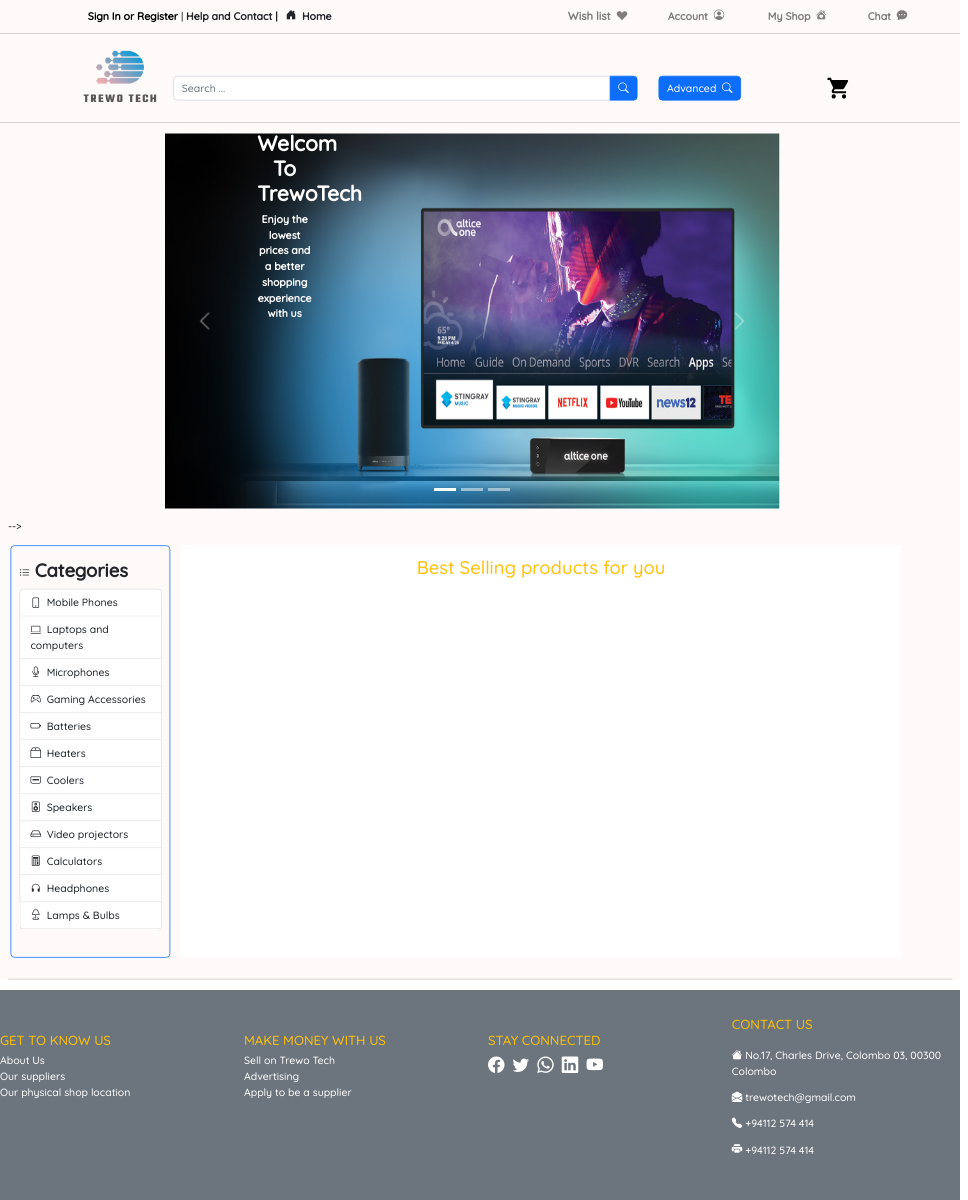
Repository: nethmidinanjana/trewotech
Page: http://localhost/trewotech/home.php
These files come from the project's save history. The page is drawn as it stood at one moment and after the next save; the edit follows.
The browser window is 1280 px wide. The page is 1291 px wide, then 1280 px, so the pictures cover 1291 px, including what lies to the right of the window. The pictures show the whole page, at 75% of full size.
Some web libraries are served in a nearby version. The page is run by PHP 8.4 with error messages shown; the project is at /var/www/html/. Queries for data that is not in the repository find no rows.

Above is the page before, as saved 2024-12-29 19:43:53.

After the next save:
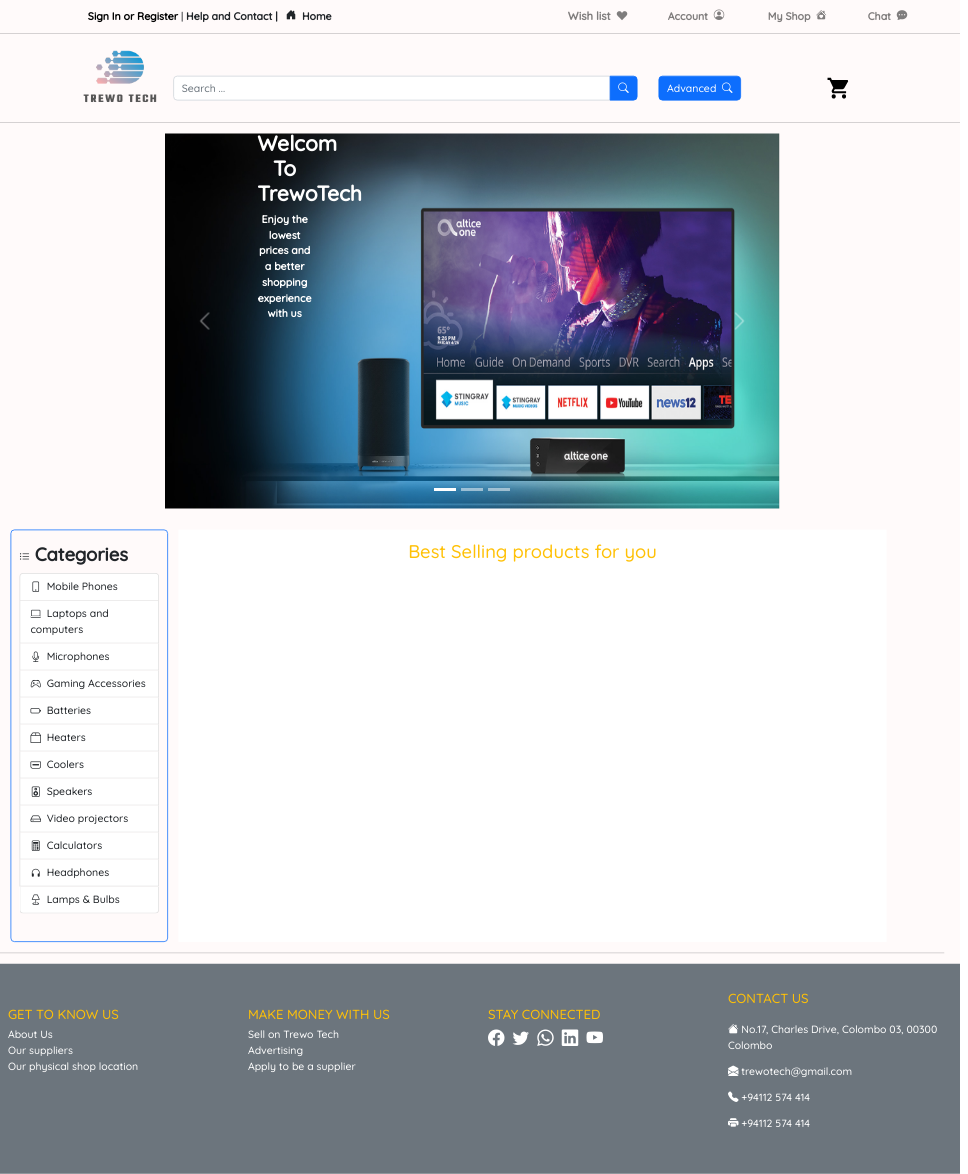
Saved 7 s later.
--- a/home.php
+++ b/home.php
@@ -48,7 +48,7 @@
             <hr>
 
             <div class="row" id="basicSearchResult">
-                <!-- <div class="col-12">
+                <div class="col-12">
                     <div class="row">
 
                         <!-- carousel -->
@@ -92,7 +92,7 @@
                         <!-- carousel -->
 
                     </div>
-                </div> -->
+                </div>
 
                 <div class="col-12">
                     <div class="row">
